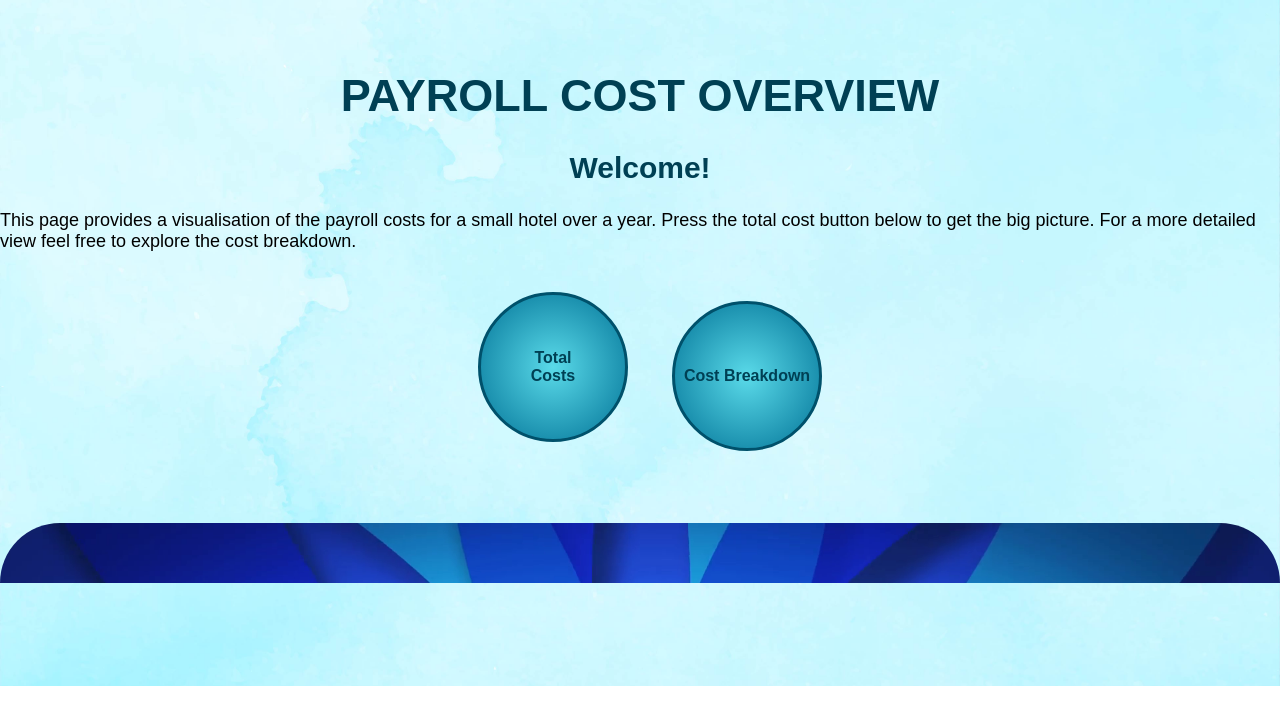
Repository: Code-Institute-Submissions/danfiliphoff-Milestoneproject-2
Page: index.html
The author's editor kept a record of every edit. The page is drawn from the files as they stood at one moment, then again after the next edit.
The browser window is 1280 px wide. The pictures show the whole page.

Above is the page before.

### index.html
<!DOCTYPE html>
<html lang="en">
<head>
    <meta charset="UTF-8">
    <meta name="viewport" content="width=device-width, initial-scale=1.0">
    <meta http-equiv="X-UA-Compatible" content="ie=edge">
    <title>Payroll Dashboard</title>
    <link rel="stylesheet" href="static/css/style.css" type="text/css" />
    <link rel="stylesheet" href="" type="text/css" />
    <link rel="stylesheet" href="static/pictures/html_background.jpg" type="image/jpg" />
    <link rel="stylesheet" href="https://stackpath.bootstrapcdn.com/font-awesome/4.7.0/css/font-awesome.min.css" type="text/css" />
    <script src="https://ajax.googleapis.com/ajax/libs/jquery/3.3.1/jquery.min.js"></script>
    <script src="https://maxcdn.bootstrapcdn.com/bootstrap/3.4.0/js/bootstrap.min.js"></script>
</head>
<body id="index-body-size">
    <div class="container-fluid" id="index-background">
        <header>
            <!--*******Title*********-->
                <div >
                   <div class="row">
                        <h1 class="col-md-12 paddingtitle title">
                             <a href="index.html" class="title">
                                 <br>
                                 <span>Payroll Cost Overview</span>
                                 <br>
                             </a>
                        </h1>
                   </div>
                </div>
        </header>
        <!--****** Welcome Text******-->
        <article class="container-fluid">
            <h2 class="topic-header">Welcome!</h2>
            <section>
                <p class="topic-text">
                    This page provides a visualisation of the payroll costs
                    for a small hotel over a year. Press the total cost button
                    below to get the big picture. For a more detailed view feel
                    free to explore the cost breakdown.
                </p>
            </section>
        </article>
        <!--****** Navigation Buttons******-->
        <div class="mobile" id="indexcontent">
            <div class="row" id="center-btn">
                <div class="col-md-12">
                    <form style="display: inline" action="total_cost.html" method="get">
                        <button class="mainbutton">
                            <span>Total<br> Costs</span>
                        </button>
                    </form>
                    <form style="display: inline" action="account.html" method="get">
                        <button class="mainbutton">
                            <span>Cost Breakdown</span>
                        </button>
                    </form>
                </div>
            </div>
        </div>
        <!--****** Footer Buttons******-->
        <footer class="container-fluid footer-pinned">
            <div class="row footerbackgrund">
            </div>
        </footer>
    </div>



</body>

### static/css/style.css


/*--------HEADER-------*/
.paddingtitle{
    padding-top:25px;
    text-align: center;
}

.title {
    font-family: "Nunito", Arial;
    font-weight: 800;
    font-size: 45px;
    line-height: 50px;
    text-transform: uppercase;
    color:#004054;
    text-decoration: none !important;
    top: 0.5%;
    position: relative;
}

/*--------Index-------*/
#index-body-size{
    position: fixed;
    height: 100%;
    width: 100%;
    margin-top: -34px;
    margin-left: 0px;
}
#indexcontent{
    text-align: center;
    margin-top: 1%;
}

#center-btn{
    margin-right: 20px;
}

.mainbutton{
    border-radius: 50%;
    color: #004054;
    background: radial-gradient(#5adae9, #017296);
    height: 150px;
    width: 150px;
    font-family: "Nunito", Arial;
    font-weight: 800;
    font-size:16px;
    border: 3px solid #00516b;
    transition: all 0.5s;
    cursor: pointer;
    text-align: center;
    margin-bottom: 22px;
    margin-top: 22px;
    margin-left: 40px;
}

.mainbutton:hover{
  box-shadow: 0 12px 16px 0 rgba(0,0,0,0.24), 0 17px 50px 0 rgba(0,0,0,0.19);
}

.mainbutton span{
  cursor: pointer;
  display: inline-block;
  position: relative;
  transition: 0.5s;
}

.mainbutton span:after{
  content: '\00bb';
  position: absolute;
  opacity: 0;
  top: 0;
  right: -20px;
  transition: 0.5s;
}

.mainbutton:hover span{
  padding-right: 25px;
}

.mainbutton:hover span:after{
  opacity: 1;
  right: 0;
}




/*--------GENERAL-------*/
#index-background{
    position: fixed;
    background-repeat:no-repeat;
    background-size:cover;
    background-image: url("../pictures/html_background.jpg");
    height: 100%;
    width: 100%;
}

.conatainer-topics{
     text-align: justify;
     max-width: 600px;
     margin-left: 34.5%;
}

.topic-header{
  font-family: "Nunito", Arial;
  font-weight: 700;
  font-size:  30px;
  color:#004054;
  text-align: center;
}

.topic-text{
  font-family: "Nunito", Arial;
  color:black;
  font-size: 18px;
  text-decoration: none!important;
}



/*below hides y axis for accounts bar graph*/
#Cost-Per-Type .axis.y { display: none; }

/*--------------FOOTER-------------------*/
.footerbackgrund{
  bottom: 0;
  margin-top: 50px;
  border-radius: 170px 170px 0px 0px;
  background-repeat:no-repeat;
  background-size:cover;
  background-image: url("../pictures/footerbackground.jpg");
  height: 60px;
}

.logo{
    background-repeat: no-repeat;
    max-height: 100px;
    margin-top: 12px;
    margin-bottom: 20px;
    margin-left:55px;
}

img:hover{
  box-shadow: 0 0 2px 1px rgba(0, 140, 186, 0.5);
}

.social-links{
    list-style-type: none;
    text-align:right;
    margin-top: 12px;
    margin-right: 24px;
}

.social-links li a i{
    margin-right: 8px;
    width: 40px;
    height: 40px;
    padding: 15px 0;
    border-radius: 50%;
    font-size: 25px;
    line-height: 7px;
    text-align: center;
    color:#004054;
    background:#5adae9;
    transition: all 0.35s ease-in-out;
    -moz-transition: all 0.35s ease-in-out;
    -webkit-transition: all 0.35s ease-in-out;
    -o-transition: all 0.35s ease-in-out;
}

.social-links li a i:hover{
    background:#ffffff ;
}

.mail-footer{
    padding-bottom: 15px;
    list-style-type: none;
    margin-top: 15px;
}

.mail-footer li a i{
    margin-top: 10px;
    width: 40px;
    height: 40px;
    padding: 15px 0;
    font-weight: 900;
    border-radius: 50%;
    font-size: 28px;
    line-height: 7px;
    text-align: center;
    color:#004054;
    background:#5adae9;
    transition: all 0.35s ease-in-out;
    -moz-transition: all 0.35s ease-in-out;
    -webkit-transition: all 0.35s ease-in-out;
    -o-transition: all 0.35s ease-in-out;
}

.mail-footer li a i:hover{
    background:#ffffff ;
}

.socialspacing{
    color:#ffffff;
    font-family: "Nunito", Arial;
    text-transform: uppercase;
    font-weight: 300;
    text-decoration: none;
    text-align:center;
}

.sociallinks{
    margin-top:5px;
    margin-left:auto;
    margin-right:auto;
    min-width: 50px;
}

.envelope{
    font-weight: 800;
}

After the next edit:
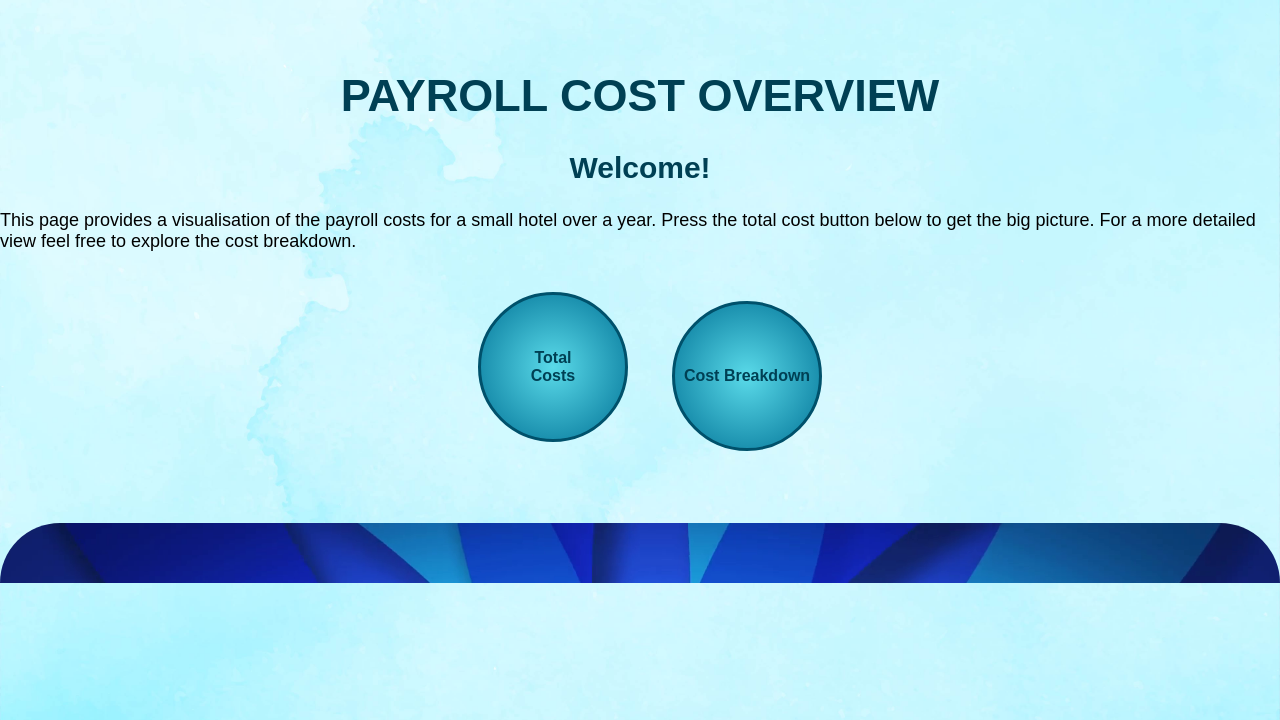
The edit:
--- a/static/css/style.css
+++ b/static/css/style.css
@@ -91,7 +91,7 @@
     background-repeat:no-repeat;
     background-size:cover;
     background-image: url("../pictures/html_background.jpg");
-    height: 100%;
+    height: 110%;
     width: 100%;
 }
 
